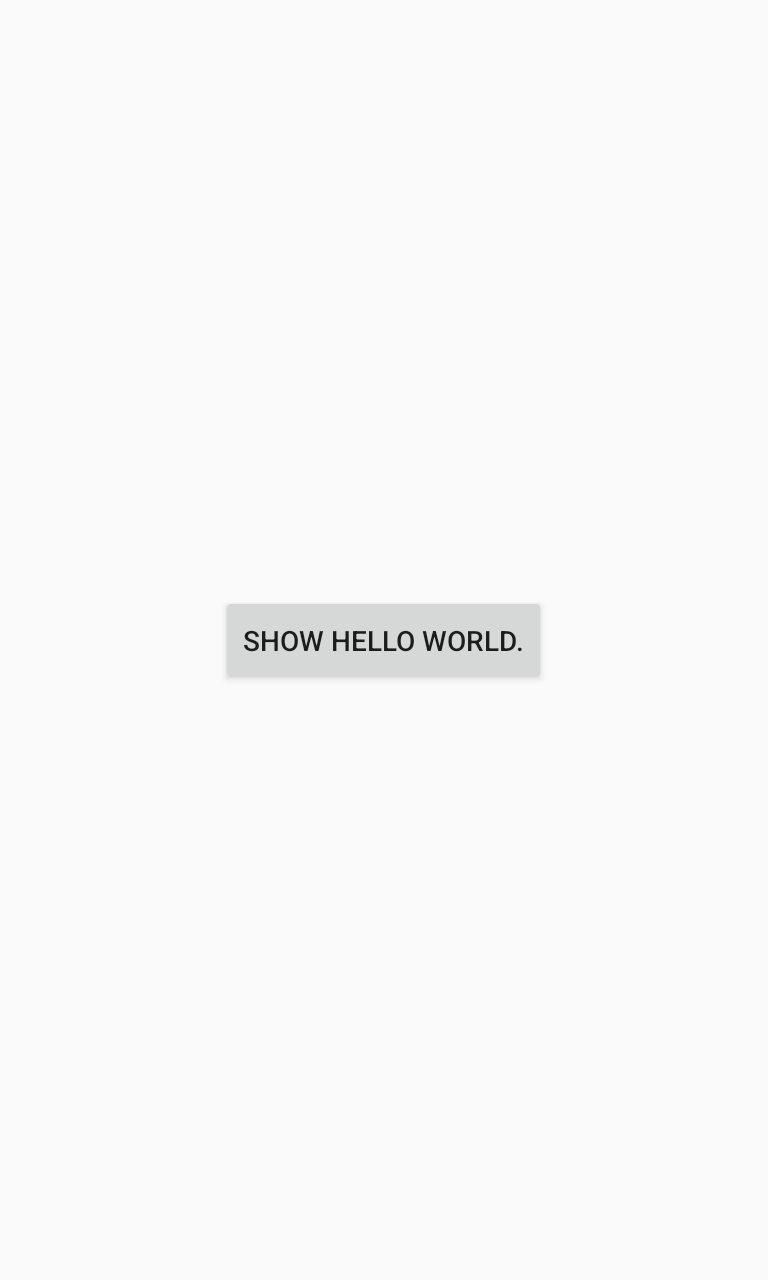
Repository: JoanneCaroll/EventHandling
Layout: EventHandling/res/layout/activity_main.xml
An editor plug-in stored every save of this project. The layout is shown before and after the next save, followed by the edit.
It is drawn on a 768 x 1280 px phone screen (xhdpi) without system bars, with theme AppTheme; the app's code is not run.

Above is the layout before, as saved 2014-10-28 06:23:52.

After the next save:
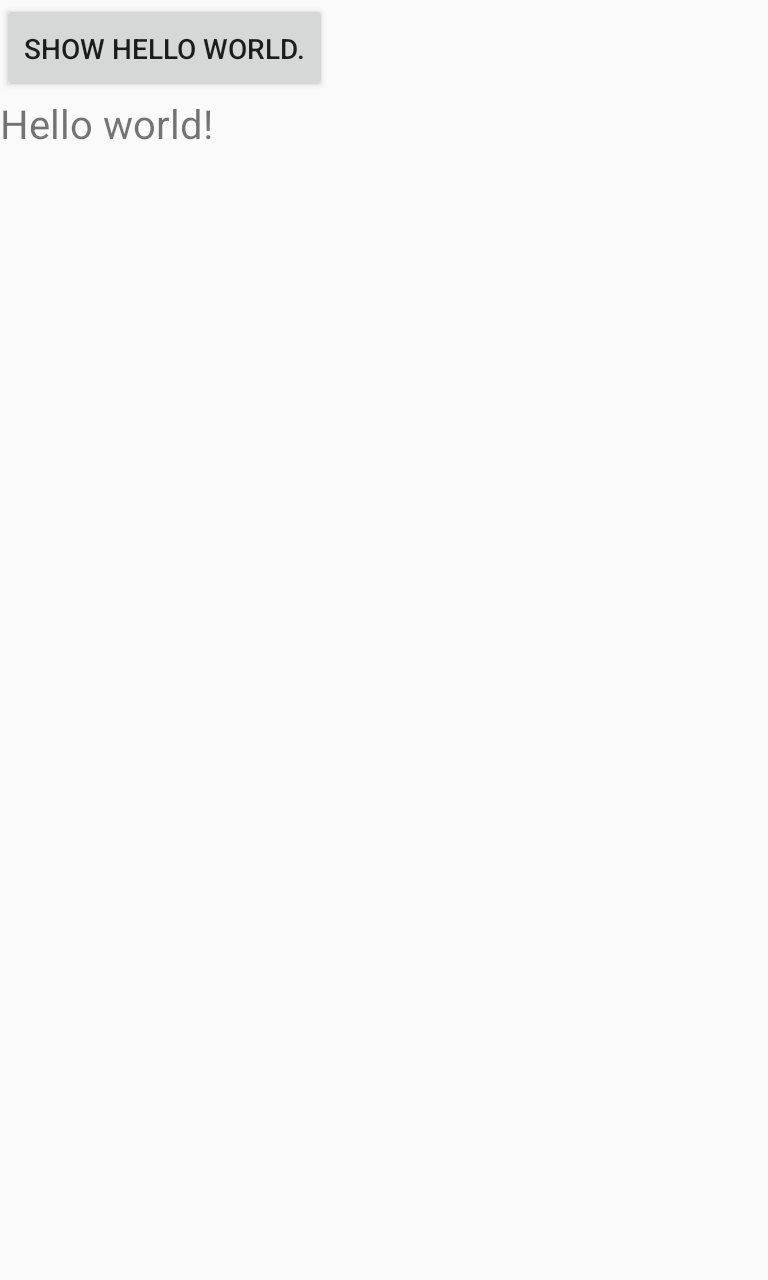
Saved 56 s later.
--- a/EventHandling/res/layout/activity_main.xml
+++ b/EventHandling/res/layout/activity_main.xml
@@ -3,20 +3,20 @@
     android:layout_width="match_parent"
     android:layout_height="match_parent"
     android:orientation="vertical"
-    android:gravity="center">
+    android:layout_gravity="center">
+
 
     <Button
         android:id="@+id/showButton"
         android:layout_width="wrap_content"
         android:layout_height="wrap_content"
         android:text="@string/show"/>
+
     <TextView
         android:id="@+id/hello_world"
         android:layout_width="wrap_content"
         android:layout_height="wrap_content"
         android:text="@string/hello_world"
-        android:visibility="gone"
         android:textSize="20dp"/>
 
-
 </LinearLayout>
